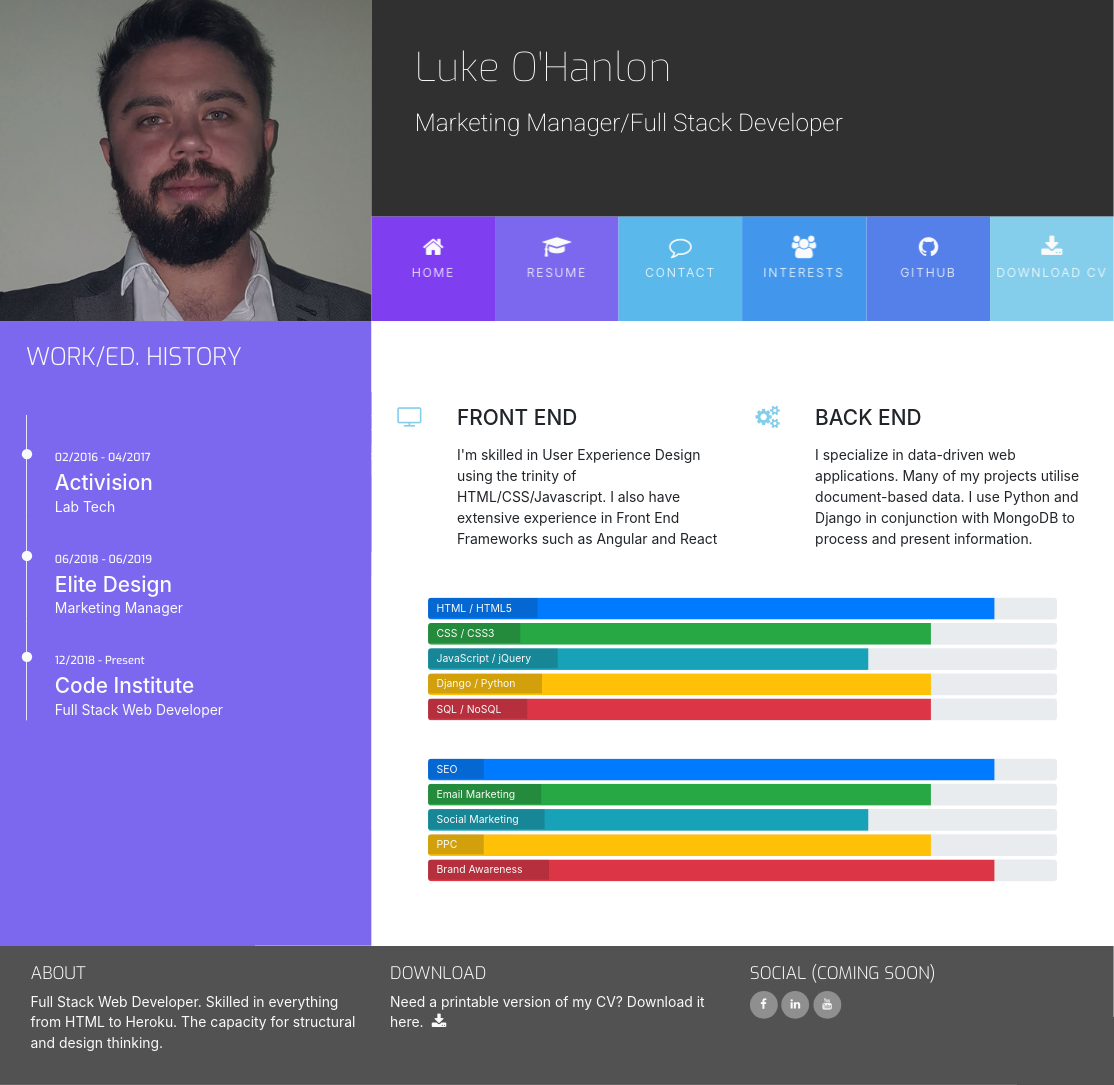
Repository: luke0han/my-resume
Page: resume.html
The author's editor kept a record of every edit. The page is drawn from the files as they stood at one moment, then again after the next edit.
The browser window is 1280 px wide. The pictures show the whole page, at 87% of full size.
Some web libraries are served in a nearby version.

Above is the page before.

After the next edit:
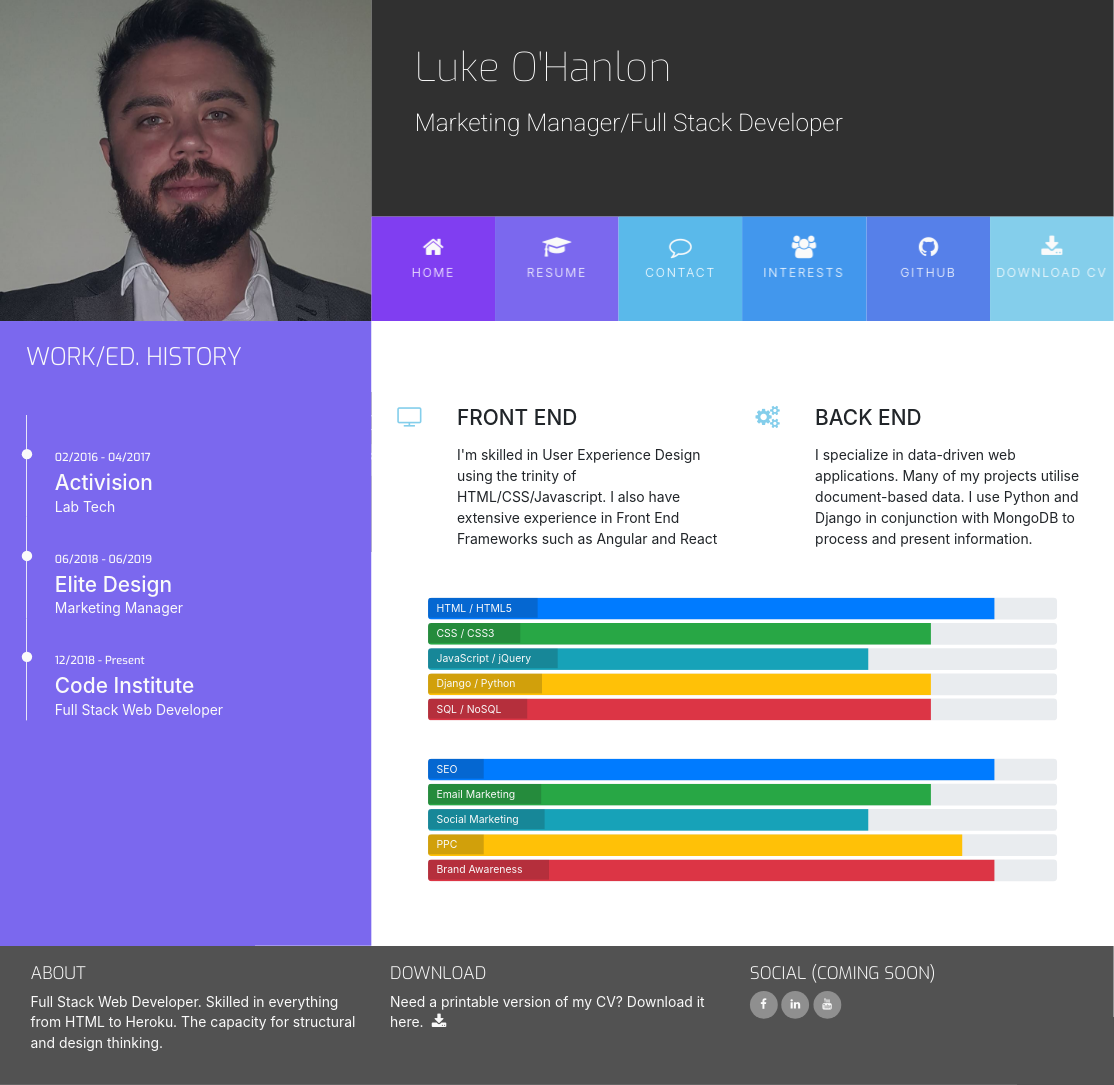
The edit:
--- a/resume.html
+++ b/resume.html
@@ -166,7 +166,7 @@
                             <span class="progress-type">Social Marketing</span>
                         </div>
                         <div class="progress">
-                            <div class="progress-bar bg-warning" role="progressbar" aria-valuenow="80" aria-valuemin="0" aria-valuemax="100" style="width:80%;">
+                            <div class="progress-bar bg-warning" role="progressbar" aria-valuenow="80" aria-valuemin="0" aria-valuemax="100" style="width:85%;">
                                 <span class="sr-only">85% complete</span>
                             </div>
                             <span class="progress-type">PPC</span>
